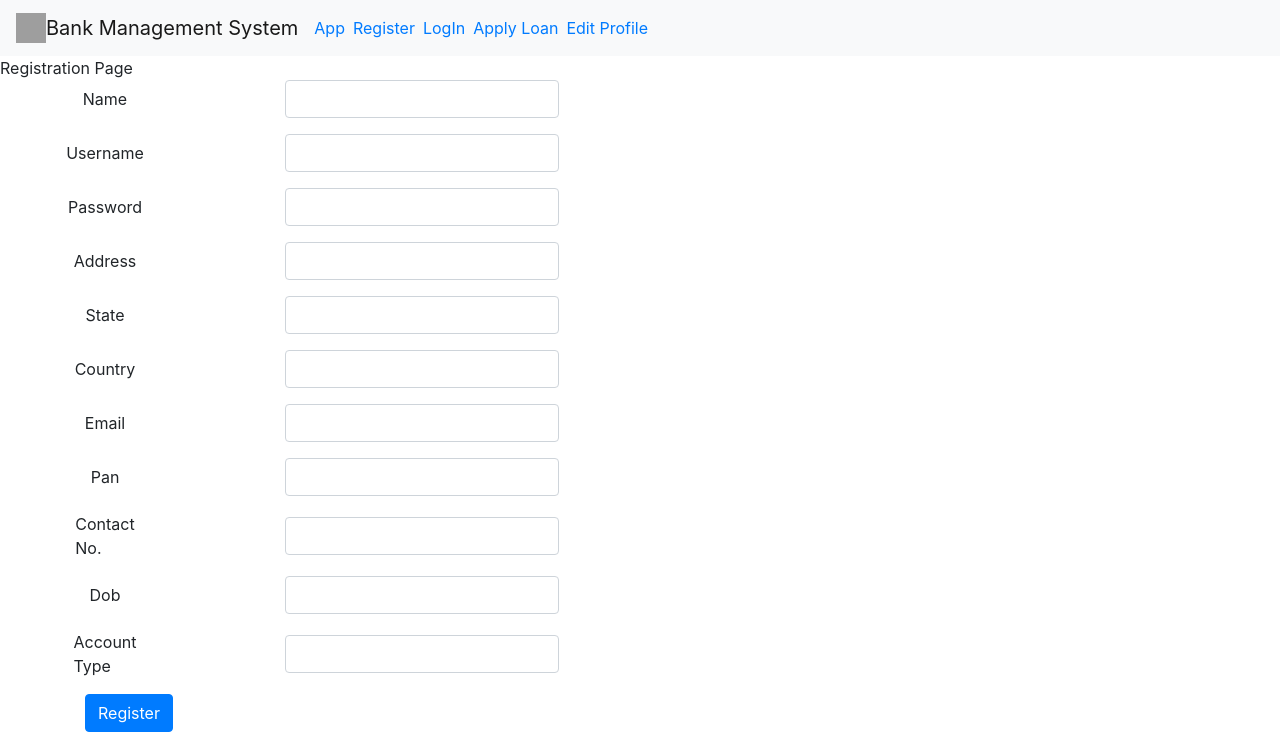
Repository: Nilkumar-Sharma/Bank-Management-System-Frontend-React
Page: /register
These files come from the project's save history. The page is drawn as it stood at one moment and after the next save; the edit follows.
The browser window is 1280 px wide. The pictures show the whole page.
Pictures or frames that could not be fetched are drawn as grey boxes. The project was rebuilt for these pictures with package versions that can differ from the ones it lists, and the page was loaded fresh each time. Also part of the build but not shown: src/App.css, src/Counter/Counter.js, src/App.js, src/components/Register/Register.module.scss, src/components/LogIn/LogIn.module.scss, src/components/LogIn/LogIn.js, src/components/Loan/Loan.module.scss, src/components/Loan/Loan.js and 1 more.

Above is the page before, as saved 2020-07-28 13:50:19.

### src/index.js
import React from 'react';
import ReactDOM from 'react-dom';
import './index.css';
import App from './App';
import * as serviceWorker from './serviceWorker';
import { Provider } from 'react-redux'
import { createStore } from 'redux'
import rootReducer from './store/reducer'
import { BrowserRouter, Switch,Route,Link } from 'react-router-dom';
import Register from './components/Register/Register'
import { createBrowserHistory } from 'history';
import 'bootstrap/dist/css/bootstrap.min.css';
import LogIn from './components/LogIn/LogIn';
import Loan from './components/Loan/Loan'
import UpdateProfile from './components/Profile/UpdateProfile';

const store = createStore(rootReducer);
store.subscribe(_=>console.log(store.getState()))

ReactDOM.render(
  <Provider store={store}>
    <React.StrictMode>
      <BrowserRouter>

        <nav className="navbar navbar-expand-lg navbar-light bg-light ">
          {/* header */}
          <a className="navbar-brand" href="#">
            <img src="/docs/4.0/assets/brand/bootstrap-solid.svg" width="30" height="30" className="d-inline-block align-top" alt=""></img>
              Bank Management System
  </a>

          <ul className="navbar-nav  mr-auto">
          <li className="nav-item mr-2">
            <Link to="/">App</Link>
            </li>
            <li className="nav-item mr-2">
            <Link to="/register">Register</Link>
          </li>
            <li className="nav-item mr-2">
            <Link to="/login">LogIn</Link>
            </li>
            <li className="nav-item mr-2">
              <Link to="/loan">Apply Loan</Link>
            </li>
            <li className="nav-item mr-2">
              <Link to="/edit">Edit Profile</Link>
            </li>
          </ul>
        </nav>


      {/* A <Switch> looks through its children <Route>s and
            renders the first one that matches the current URL. */}
      <Switch>
        <Route exact path="/">
          <App />
          </Route>
          <Route exact path="/register">
            <Register />
          </Route>
          <Route path="/login">
            <LogIn/>
          </Route>
          <Route path="/loan">
            <Loan></Loan>
          </Route>
          <Route path="/edit">
            <UpdateProfile></UpdateProfile>
          </Route>
      </Switch>
      </BrowserRouter>
    </React.StrictMode>

  </Provider>,
  document.getElementById('root')
);

// If you want your app to work offline and load faster, you can change
// unregister() to register() below. Note this comes with some pitfalls.
// Learn more about service workers: https://bit.ly/CRA-PWA
serviceWorker.unregister();

### src/store/reducer.js
const initialState = {
    counter: 0
};

const rootReducer = (state = initialState, action) => {
    switch (action.type){
    case "INC":
            return { counter: state.counter + 1 }
        case "DEC":
            return { counter: state.counter - 1 }
        default:
            return state
}
}
export default rootReducer;

### src/components/Register/Register.js
import React, { Component } from 'react';
import InputField from '../Shared/InputField/InputField'
import style from './Register.module.scss';
import MyButton from '../Shared/MyButton/MyButton'
/**
 *  As a Customer, I should be able to register my details in the system so that I can
 * login into the system Acceptance criteria: Customer should be able register the details
 * in the system and it should be saved in the database. Customer should be able to login with
 * a User Id and Password that exists in database.
 * On clicking logout the session should be invalidated and login page must be displayed Capture the
 * details like Name, Username, Password, Address, State, Country, Email Address, PAN, Contact No, DOB,
 * Account Type etc

*/
class Register extends Component{

    render() {
        return (<div>
            Registration Page
            <div className="container">
                <InputField Label="Name"></InputField>
                <InputField Label="Username"></InputField>
                <InputField Label="Password"></InputField>
                <InputField Label="Address"></InputField>
                <InputField Label="State"></InputField>
                <InputField Label="Country"></InputField>
                <InputField Label="Email"></InputField>
                <InputField Label="Pan"></InputField>
                <InputField Label="Contact No."></InputField>
                <InputField Label="Dob"></InputField>
                <InputField Label="Account Type"></InputField>

                <MyButton label="Register"></MyButton>









                </div>
            </div>)
        }
}
export default Register;

### src/components/Shared/InputField/InputField.js
import React, { Component } from 'react';
import './InputField.css'
class InputField extends Component {
    static defaultProps = {
        type: "text",
        changes:(e)=>console.log(e.target),
        Label: "Label",
        classes: "",
        value: "",
        id: "setId",
        name: "name",
        PlaceHolder: "PlaceHolder Here",
    }
    constructor(props) {
        super(props);
        this.state = {
            value: ""
        }
        // this.props.PlaceHolder = this.props.Label;

    }
    handleChange(event) {
        this.setState({ value: event.target.value });
        this.props.changes(event);
    }
    render() {
        return (
            // <div className="container">
            // <div className="row">
                <div class="form-group form-inline" >
                <div className="col-2">
                    <label htmlFor={this.props.id}>{this.props.Label}</label>

                </div>
                <div className="col-2">
                        <input className="form-control" name={this.props.name} id={this.props.id} type={this.props.type} onChange={
                        // (this.props.changes) || ((e)=>{this.setState({value:e.target.value})})
                        (event) =>
                            this.handleChange(event)
                    } placeholder={this.props.placeHolder} value={this.state.value}></input>

                    </div>
                    </div>
                    // </div>
            // </div>
        )
    }
}
export default InputField;

### src/components/Shared/MyButton/MyButton.js
/**
 * @props label: name of the button || default is "Label"
 * @props classes: Class Name
 * @props onClick: a function || Default is console.log("clicked")
 *
 */
import React,{Component } from 'react';

class MyButton extends Component {
    static defaultProps = {
        clicked:() => console.log("clicked "),
        label:"Button Label",
        value: "",
        classes: "btn btn-primary"
    }
    constructor(props) {
        super(props);
        console.log(this.props)

    }
    render() {
        return <button className={this.props.classes} onClick={this.props.clicked} value={this.props.value} >{this.props.label}</button>
    }

}

export default MyButton;

### src/components/Shared/InputField/InputField.css
label{
    width: 10px;
    /* margin-left: 50px; */
}
/*  */

Loaded but not shown: public/index.html (common file); src/index.css (common file); src/serviceWorker.js (common file)

After the next save:
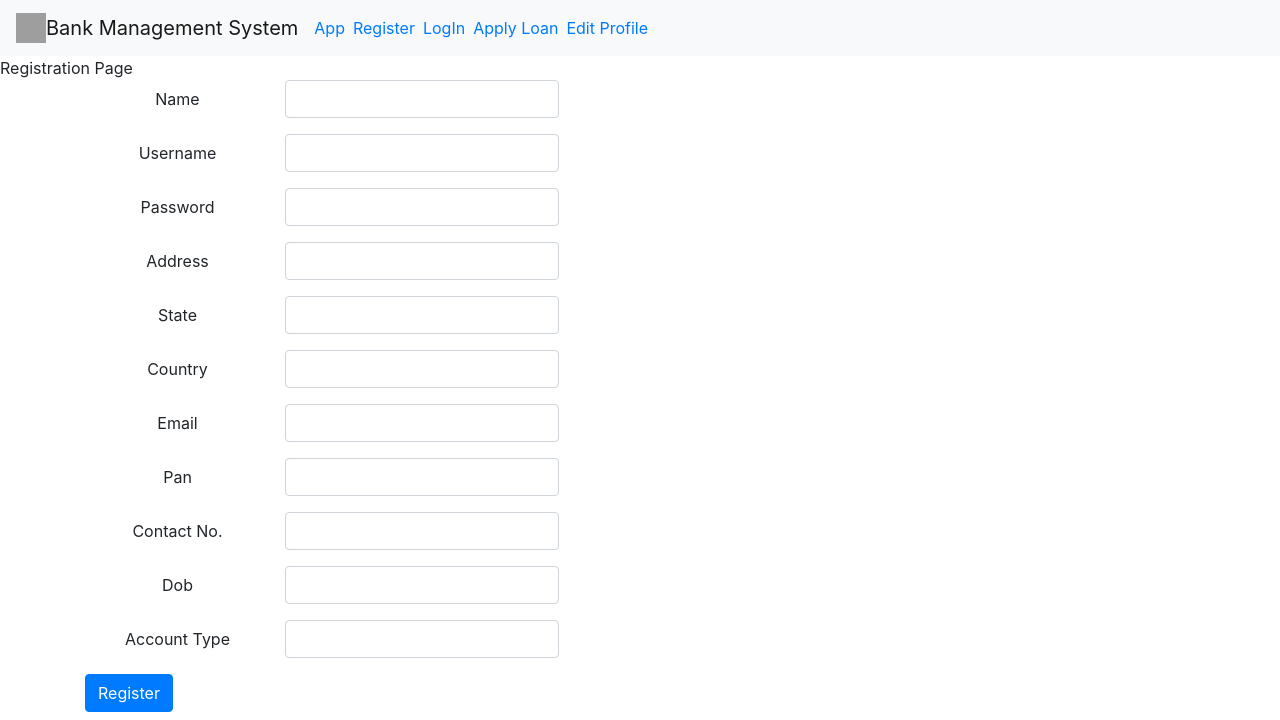
Saved 4 s later.
--- a/src/components/Shared/InputField/InputField.css
+++ b/src/components/Shared/InputField/InputField.css
@@ -1,5 +1,5 @@
 label{
-    width: 10px;
+    /* width: 10px; */
     /* margin-left: 50px; */
 }
 /*  */
